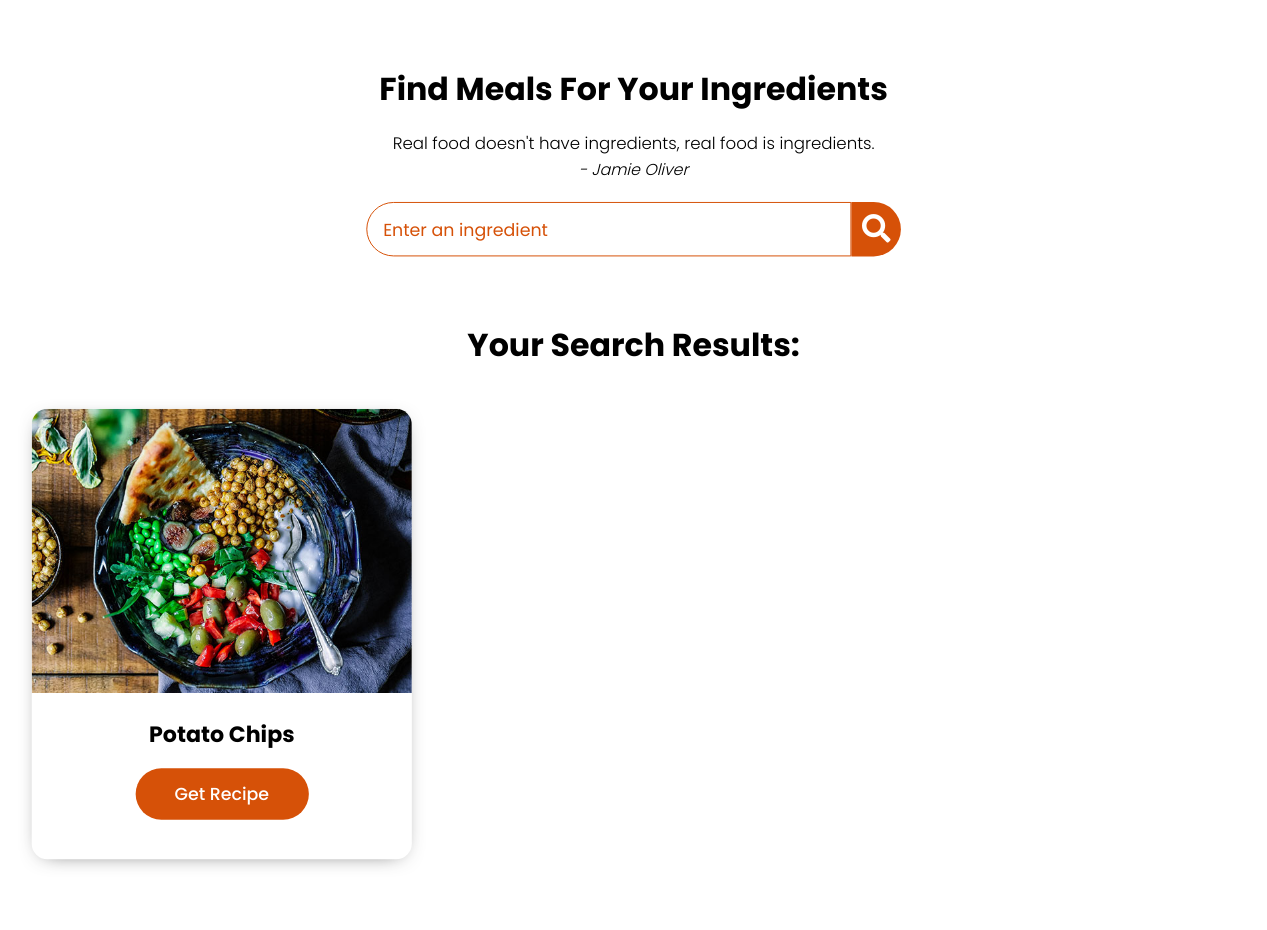
Repository: andrewhuynh561/javascipt
Page: Day 1/index.html
These files come from the project's save history. The page is drawn as it stood at one moment and after the next save; the edit follows.
The browser window is 1280 px wide. The pictures show the whole page, at 99% of full size.

Above is the page before, as saved 2023-05-17 22:13:04.
Not found: Day 1/script.js

After the next save:
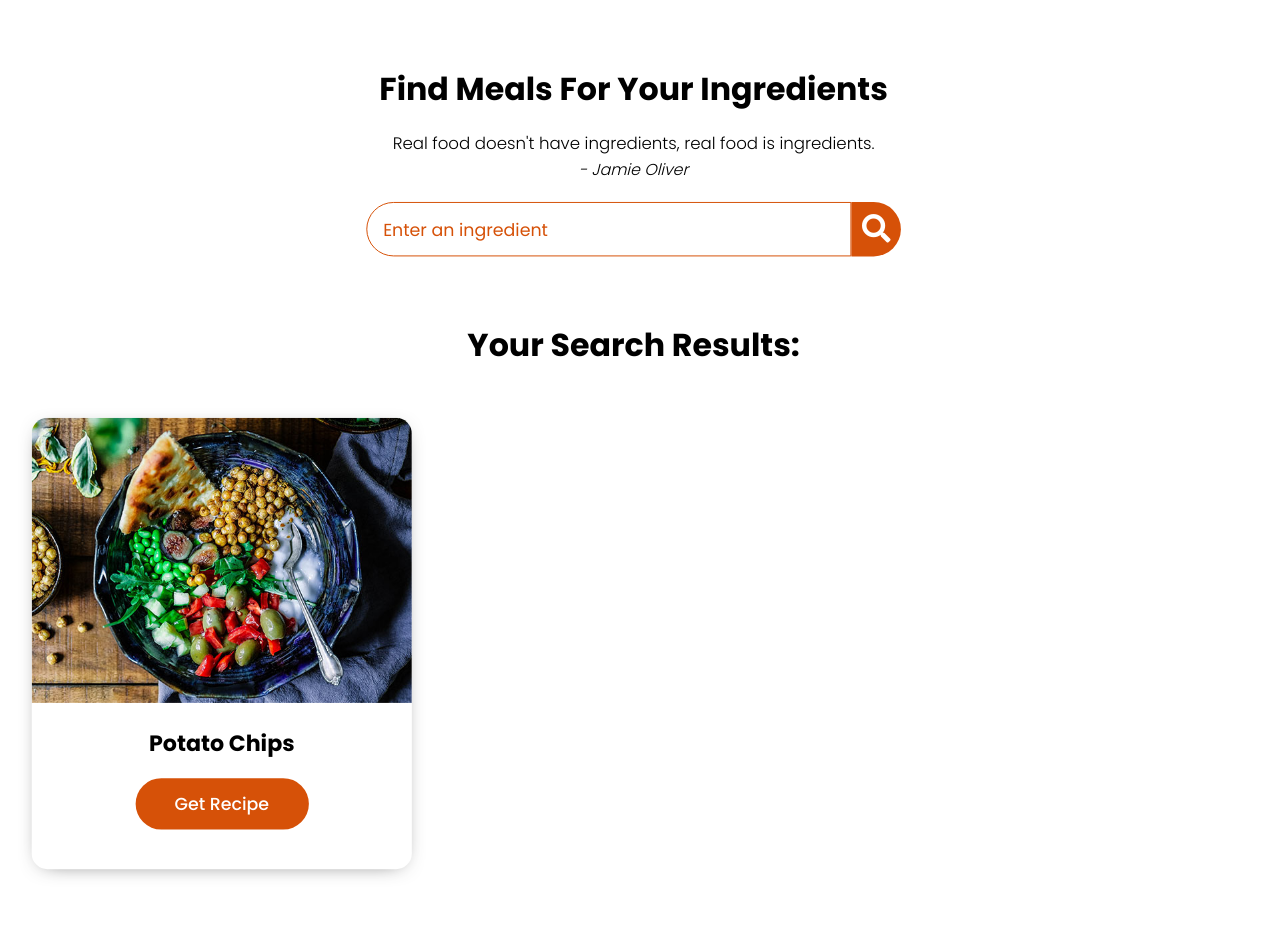
Saved 20 h 45 min later.
--- a/Day 1/style.css
+++ b/Day 1/style.css
@@ -92,7 +92,7 @@ body{
     margin-top: 4rem;
 }
 #meal{
-    margin: 2.4rem 0;
+    margin: 3rem 0;
 }
 .meal-item{
     border-radius: 1rem;
